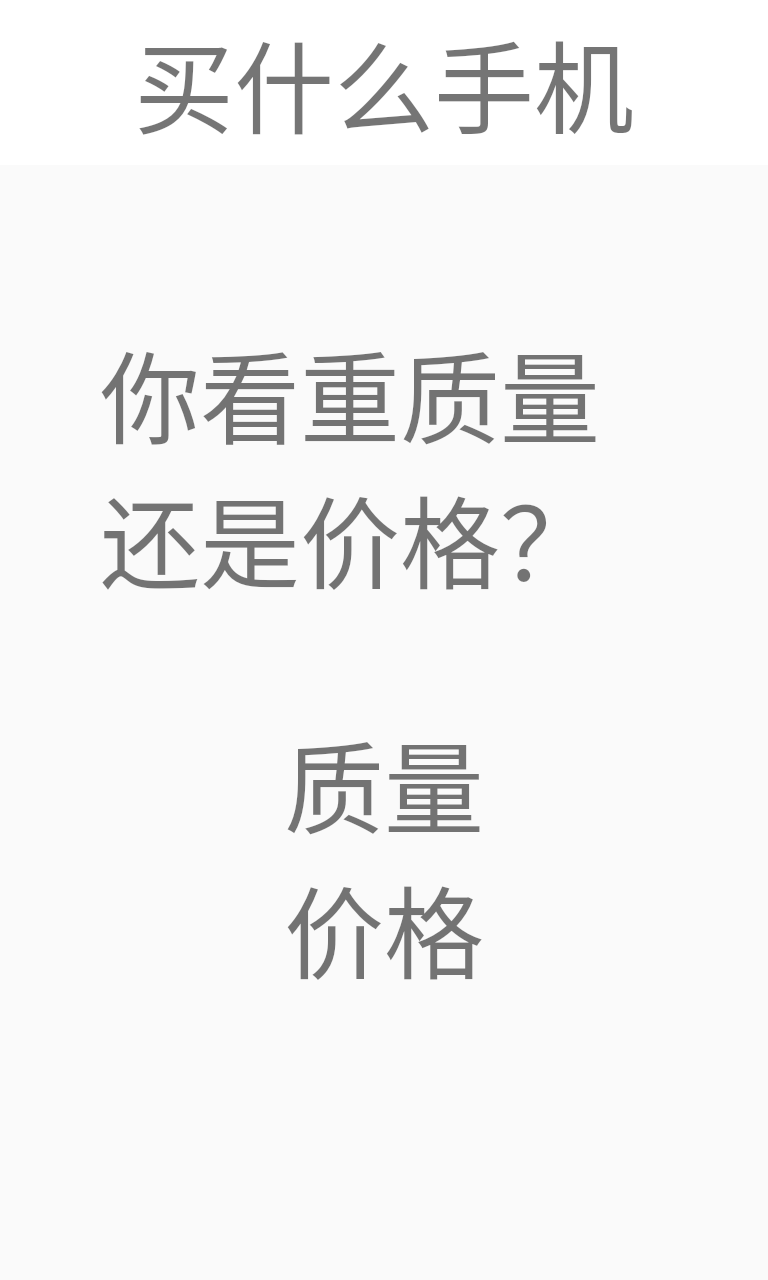
Repository: lxis/Sale
Layout: Sale/Sale/res/layout/fragment_main.xml
These files come from the project's save history. The layout is drawn as it stood at one moment and after a run of saves; the edit follows.
It is drawn on a 768 x 1280 px phone screen (xhdpi) without system bars, with theme AppTheme; the app's code is not run.

Above is the layout before, as saved 2014-12-05 14:59:54.

After the next 2 saves:
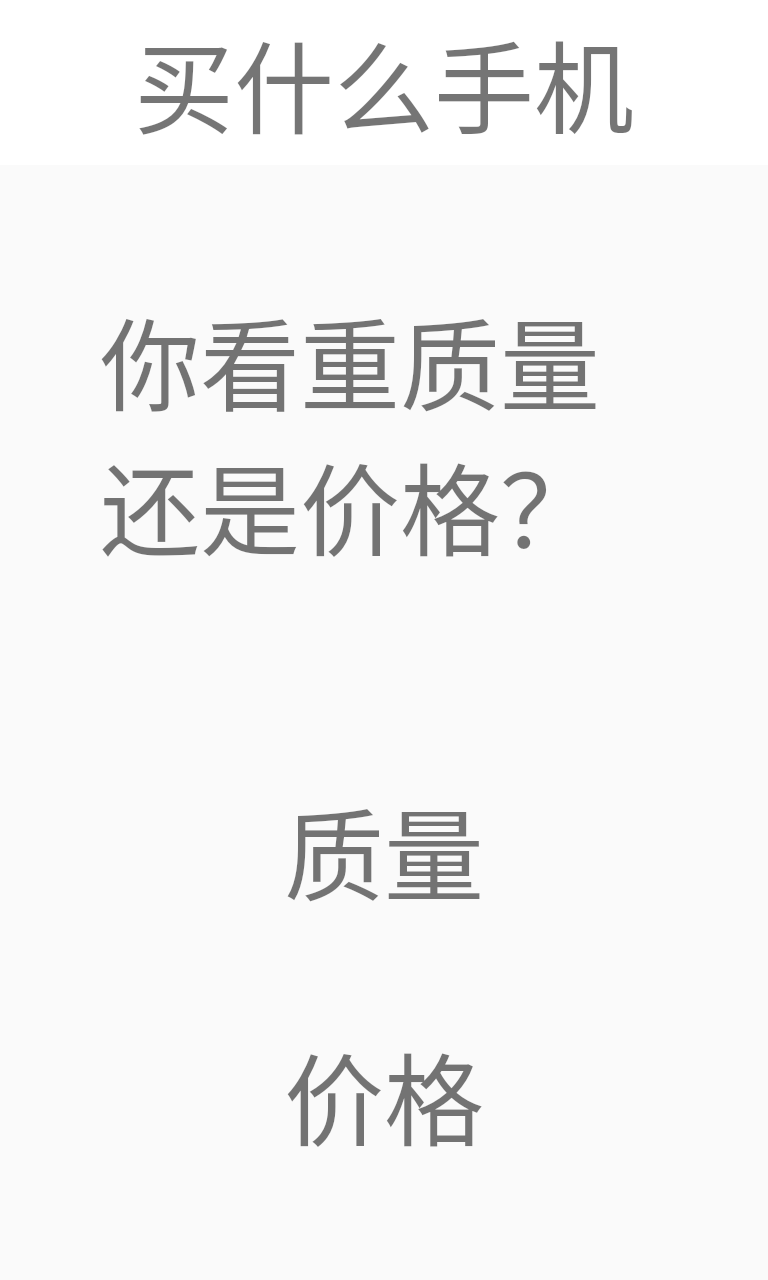
The 2 saves are shown as one change because they came seconds apart.
The last was saved 5 s later.
--- a/Sale/Sale/res/layout/fragment_main.xml
+++ b/Sale/Sale/res/layout/fragment_main.xml
@@ -53,6 +53,7 @@
         android:layout_height="wrap_content"
 	        android:textSize="100px"
 	        android:layout_gravity="center"
+	        android:layout_margin="100px"
         android:text="质量" />
         <TextView
         android:layout_width="wrap_content"
